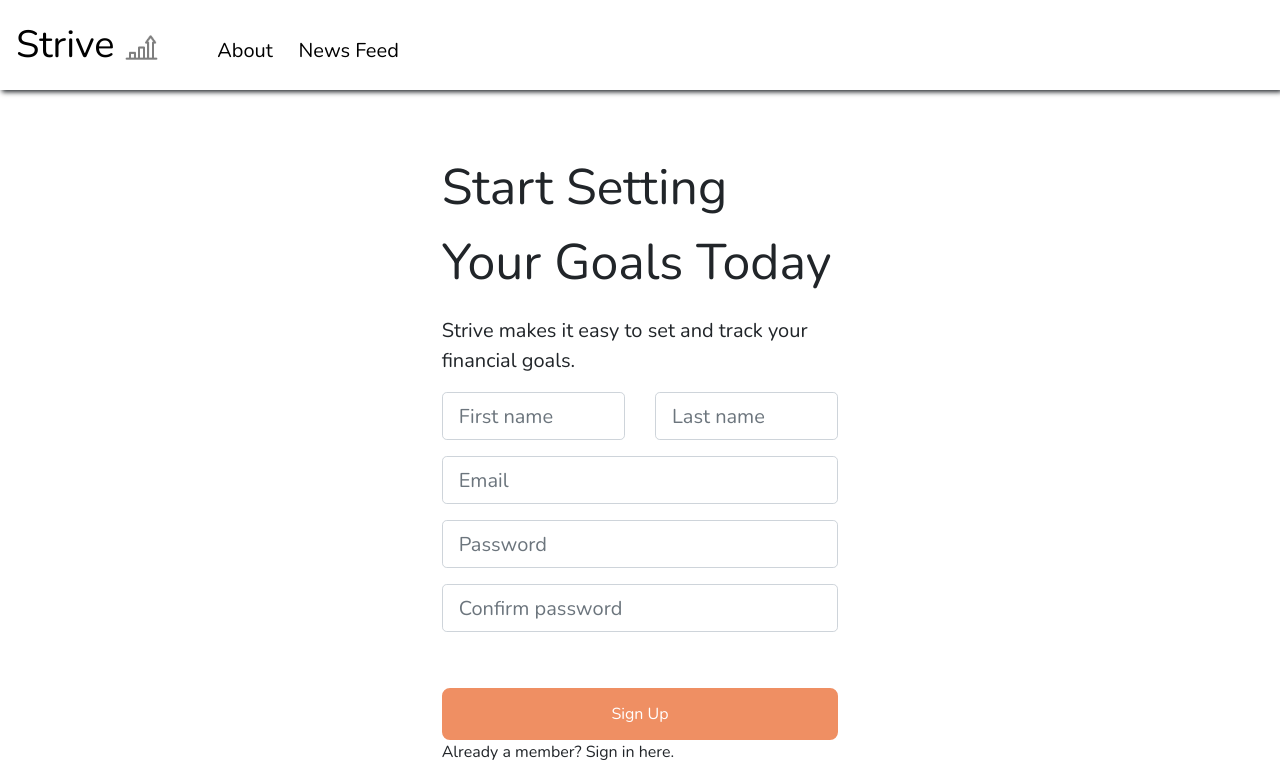
Repository: NoraOK/Strive
Page: http://localhost/strive/WEB-INF/strive/register.jsp
These files come from the project's save history. The page is drawn as it stood at one moment and after the next save; the edit follows.
The browser window is 1280 px wide. The pictures show the whole page.
The page is served by Tomcat 9. Nobody is signed in. Other server files are loaded and not shown. The template is opened directly, without the code that normally fills it, so the values that code supplies are empty.

Above is the page before, as saved 2019-12-18 20:33:58.

### strive/src/main/webapp/WEB-INF/strive/register.jsp
<%@ page language="java" contentType="text/html; charset=UTF-8"
    pageEncoding="UTF-8"%>
<%@ taglib prefix="form" uri="http://www.springframework.org/tags/form"%>
<!DOCTYPE html>
<html>
<head>
<meta charset="UTF-8">
<title>Strive | Sign Up</title>
	<link rel="stylesheet" href="https://stackpath.bootstrapcdn.com/bootstrap/4.3.1/css/bootstrap.min.css" integrity="sha384-ggOyR0iXCbMQv3Xipma34MD+dH/1fQ784/j6cY/iJTQUOhcWr7x9JvoRxT2MZw1T" crossorigin="anonymous">
	<link href="/css/register.css" rel="stylesheet" type="text/css"/>
<link href="https://fonts.googleapis.com/css?family=Nunito:200,400,700&display=swap" rel="stylesheet"></head>
<body>
	<div>
		<jsp:include page="headerNoLogout.jsp"/>
	</div>
	<div class="body container col-4">
		<p class="slogan">Start Setting Your Goals Today</p>
		<p class="about">Strive makes it easy to set and track your financial goals.</p>

    	<form:form method="POST" action="/registration" modelAttribute="user">
    		<div class="row">
    			<div class="col">
	            	<form:errors path="firstName"/>
	            	<form:input path="firstName" class="form-control form-control-lg" placeholder="First name"/>
	            </div>
	            <div class="col">
		            <form:errors path="lastName"/>
		            <form:input path="lastName" class="form-control form-control-lg" placeholder="Last name"/>
	        	</div>
	        </div>
	        <p>
	            <p style="color:red;"><form:errors path="email"/></p>
	            <form:input path="email" class="form-control form-control-lg" placeholder="Email"/>
	        </p>
	        <p>
	            <p style="color:red;"><form:errors path="password"/></p>
	            <form:password path="password" class="form-control form-control-lg" placeholder="Password"/>
	        </p>
	        <p>
	            <p style="color:red;"><form:errors path="passwordConfirmation"/></p>
	            <form:password path="passwordConfirmation" class="form-control form-control-lg" placeholder="Confirm password"/>
	        </p>
	        <input type="submit" value="Sign Up" class="sign_up"/>
	        <p>Already a member? <a>Sign in here.</a></p>
    	</form:form>
	</div>
</body>
</html>

### strive/src/main/webapp/WEB-INF/strive/headerNoLogout.jsp
<%@ page language="java" contentType="text/html; charset=UTF-8"
    pageEncoding="UTF-8"%>
<!DOCTYPE html>
<html>
<head>
<meta charset="UTF-8">
<title>Insert title here</title>
	<link rel="stylesheet" href="https://stackpath.bootstrapcdn.com/bootstrap/4.3.1/css/bootstrap.min.css" integrity="sha384-ggOyR0iXCbMQv3Xipma34MD+dH/1fQ784/j6cY/iJTQUOhcWr7x9JvoRxT2MZw1T" crossorigin="anonymous">
	<link href="/css/header.css" rel="stylesheet" type="text/css"/>
	<link href="https://fonts.googleapis.com/css?family=Nunito&display=swap" rel="stylesheet">
</head>
<body>
	<header class="p-3">
		<div class="logo d-inline">
			<a href="/" class="d-inline home_button">Strive <img class="header_img" src="/images/icon2.png" alt=""></a>
			<div class="d-inline links pl-5">
				<a class="d-inline link" href="">About</a>
				<a class="d-inline link pl-3" href="">News Feed</a>
			</div>
		</div>
	</header>
</body>
</html>

### strive/src/main/resources/static/css/register.css
.body{
	padding-top: 150px;
	padding-left: 20%;
	font-family: 'Nunito', sans-serif;
	width: 60%;
}


.slogan{
	font-size: 50px;
	font-weight: 200;
}

.about{
	font-size: 20px;
}

.already{
	text-align: center;
}

/* ------------------------------------- */
/*           Sign up button              */
/* ------------------------------------- */


.sign_up{
	border:2px solid #EF8F63 ;
	border-radius: 8px;
	background-color: #EF8F63;
	padding: 12px 25px;
	color: white;
	width: 100%;
}

.sign_up:hover{
	border:2px solid #F9AD86 ;
	border-radius: 8px;
	background-color: #F9AD86;
	padding: 12px 25px;
	color: white;
}
input[type=submit]{
	margin-top: 40px;
}

### strive/src/main/resources/static/css/header.css
header{
	box-shadow: 2px 2px 5px;
	height: 90px;
	z-index: 10;
    position: fixed;
    width: 100%;
    font-family:'Nunito', sans-serif;
    background-color: white;
}

.logo{
	font-size: 38px;

}
.header_img{
	background-color: white;
	width: 35px;
	opacity: .5;
}

.button{
	font-size: 17px;
	color: black;
}

.link {
	font-size: 20px;
	color: black;
}

a:link {
  text-decoration: none;
}

a:visited {
  text-decoration: none;
}

a:hover {
  text-decoration: none;
}

.logout_button{
	border: solid 1.5px #F9AD86;
	border-radius: 8px;
	padding:  8px;
	color: black;
}

.logout_button:hover {
	background-color: #F9AD86;
	color: white;
}

.buttons{
	margin-left: 60%;
}

.home_button{
	color: black;
}

After the next save:
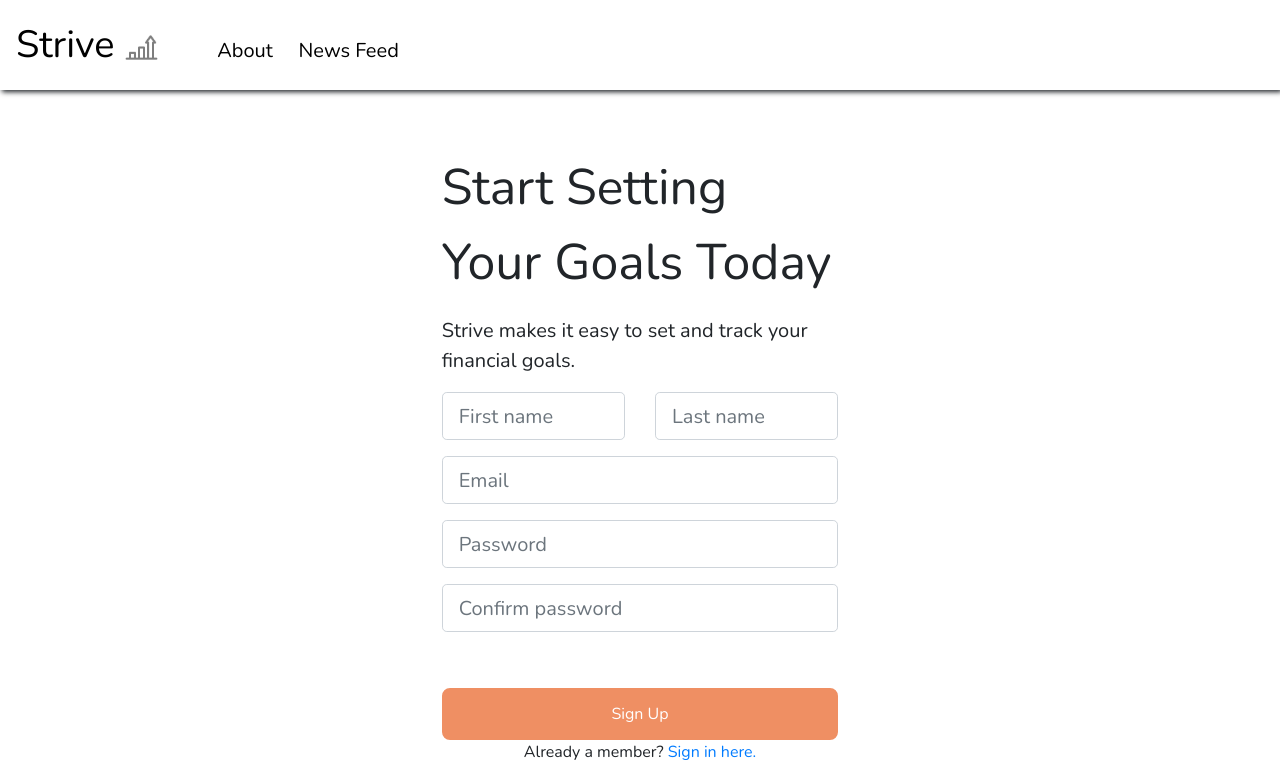
Saved 7 s later.
--- a/strive/src/main/webapp/WEB-INF/strive/register.jsp
+++ b/strive/src/main/webapp/WEB-INF/strive/register.jsp
@@ -41,7 +41,7 @@
 	            <form:password path="passwordConfirmation" class="form-control form-control-lg" placeholder="Confirm password"/>
 	        </p>
 	        <input type="submit" value="Sign Up" class="sign_up"/>
-	        <p>Already a member? <a>Sign in here.</a></p>
+	        <p class="already">Already a member? <a href="/login">Sign in here.</a></p>
     	</form:form>
 	</div>
 </body>
